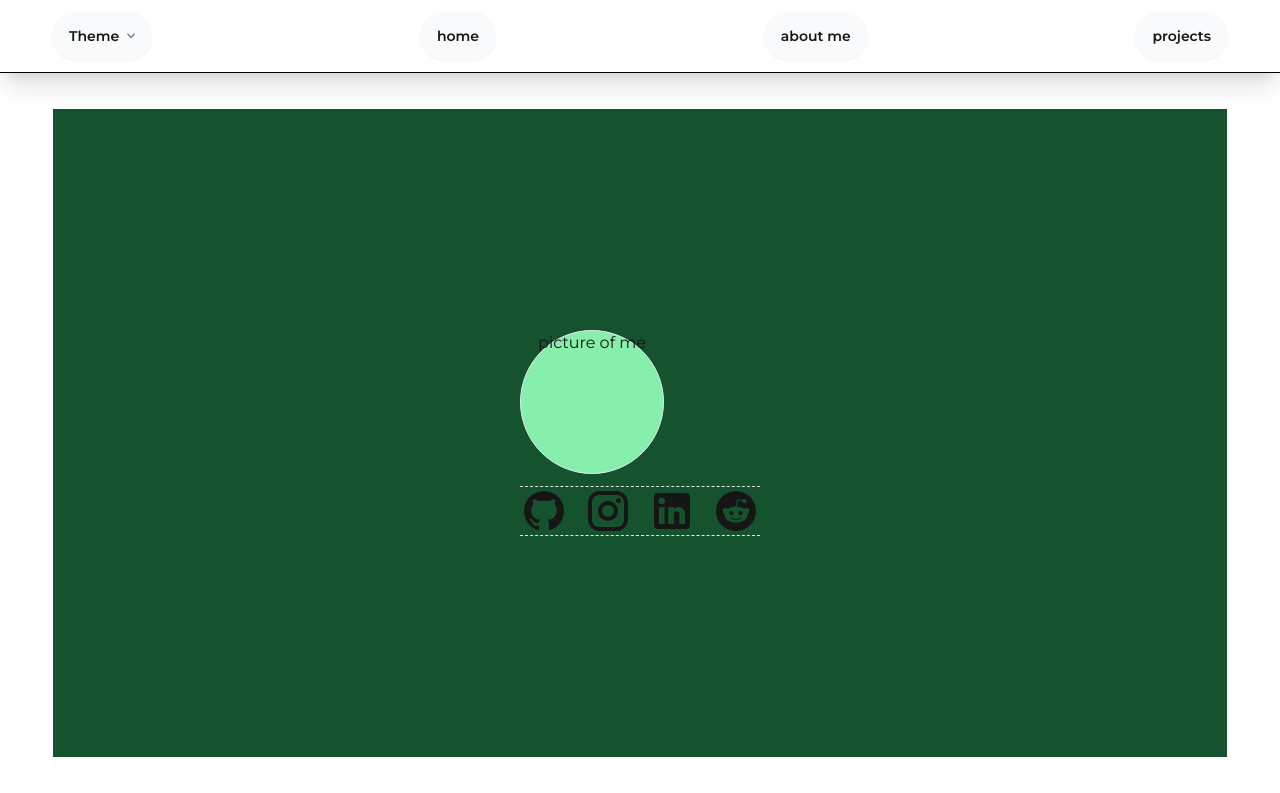
Repository: Yakyaz/myWebsite
Page: /home
The author's editor kept a copy of each file at every save. The page is drawn from the files as they stood at one save, then again after the next save.
The browser window is 1280 px wide. The pictures show the whole page.
The project was rebuilt for these pictures with package versions that can differ from the ones it lists, and the page was loaded fresh each time. The framework's server and built-in components were replaced by stand-ins that run in the browser. Also part of the build but not shown: next.config.js.

Above is the page before, as saved 2023-12-02 22:47:35.

### app/layout.tsx
import type { Metadata } from "next";
import { Montserrat } from "next/font/google";
import "./globals.css";
import Navbar from "./components/navbar";

const montserrat = Montserrat({ subsets: ["latin"] });

export const metadata: Metadata = {
  title: "Create Next App",
  description: "Generated by create next app",
};

export default function RootLayout({
  children,
}: {
  children: React.ReactNode;
}) {
  return (
    <html lang="en" data-theme="pastel" style={{ overflow: "hidden" }}>
      <body className={montserrat.className} style={{ overflow: "hidden" }}>
        <Navbar />
        <div>{children}</div>
      </body>
    </html>
  );
}

### app/home/page.tsx
import Link from "next/link";
import Navbar from "../components/navbar";
import Icon from "@mdi/react";
import { mdiGithub, mdiInstagram, mdiLinkedin, mdiReddit } from "@mdi/js";
function Home() {
  return (
    <main className="w-screen h-screen flex items-center justify-center ">
      <div
        className="bg-green-900 w-11/12 flex justify-center items-center "
        style={{ height: "90%" }}
      >
        <div className="flex flex-col">
          <div className="border rounded-full mb-3 bg-green-300 h-36 w-36 text-center">
            picture of me
          </div>
          <div className="flex flex-row space-x-4 border border-x-0 border-dashed ">
            <a href="https://github.com/It3chii">
              <Icon path={mdiGithub} size={2} />
            </a>
            <a href="https://www.instagram.com/yakupwrld_/">
              <Icon path={mdiInstagram} size={2} />
            </a>
            <a href="https://www.linkedin.com/in/yakup-yazir-aa9a61247/">
              <Icon path={mdiLinkedin} size={2} />
            </a>
            <a href="https://www.reddit.com/user/It3chii">
              <Icon path={mdiReddit} size={2} />
            </a>
          </div>
        </div>
      </div>
    </main>
  );
}

export default Home;

### app/components/navbar.tsx
import Link from "next/link";
import React from "react";
import Toggle from "./toggle";

const Navbar = () => {
  return (
    <ul className="flex flex-row justify-between items-center p-2 pr-12 pl-12 border-b border-black shadow-xl">
      <li>
        <Toggle />
      </li>
      <li>
        <Link className="btn m-1  " href="/home">
          home
        </Link>
      </li>
      <li>
        <Link className="btn m-1" href="/about">
          about me
        </Link>
      </li>
      <li>
        <Link className="btn m-1" href="/projects">
          projects
        </Link>
      </li>
    </ul>
  );
};

export default Navbar;

### app/components/toggle.tsx
import React from "react";

const Toggle = () => {
  return (
    <div className="dropdown ">
      <div tabIndex={0} role="button" className="btn m-1">
        Theme
        <svg
          width="12px"
          height="12px"
          className="h-2 w-2 fill-current opacity-60 inline-block"
          xmlns="http://www.w3.org/2000/svg"
          viewBox="0 0 2048 2048"
        >
          <path d="M1799 349l242 241-1017 1017L7 590l242-241 775 775 775-775z"></path>
        </svg>
      </div>
      <ul
        tabIndex={0}
        className="dropdown-content z-[1] p-2 shadow-2xl bg-base-300 rounded-box w-52"
      >
        <li>
          <input
            type="radio"
            name="theme-dropdown"
            className="theme-controller btn btn-sm btn-block btn-ghost justify-start"
            aria-label="Default"
            value="default"
          />
        </li>
        <li>
          <input
            type="radio"
            name="theme-dropdown"
            className="theme-controller btn btn-sm btn-block btn-ghost justify-start"
            aria-label="Retro"
            value="retro"
          />
        </li>
        <li>
          <input
            type="radio"
            name="theme-dropdown"
            className="theme-controller btn btn-sm btn-block btn-ghost justify-start"
            aria-label="Cyberpunk"
            value="cyberpunk"
          />
        </li>
        <li>
          <input
            type="radio"
            name="theme-dropdown"
            className="theme-controller btn btn-sm btn-block btn-ghost justify-start"
            aria-label="Dracula"
            value="dracula"
          />
        </li>
        <li>
          <input
            type="radio"
            name="theme-dropdown"
            className="theme-controller btn btn-sm btn-block btn-ghost justify-start"
            aria-label="Aqua"
            value="aqua"
          />
        </li>
      </ul>
    </div>
  );
};

export default Toggle;

### tailwind.config.ts
import type { Config } from "tailwindcss";

const config: Config = {
  content: [
    "./pages/**/*.{js,ts,jsx,tsx,mdx}",
    "./components/**/*.{js,ts,jsx,tsx,mdx}",
    "./app/**/*.{js,ts,jsx,tsx,mdx}",
  ],
  theme: {
    extend: {
      backgroundImage: {
        "gradient-radial": "radial-gradient(var(--tw-gradient-stops))",
        "gradient-conic":
          "conic-gradient(from 180deg at 50% 50%, var(--tw-gradient-stops))",
      },
    },
  },
  plugins: [require("daisyui")],
  daisyui: {
    themes: ["pastel", "retro", "cyberpunk", "dracula", "aqua"],
  },
};
export default config;

Loaded but not shown: app/globals.css (common file)

After the next save:
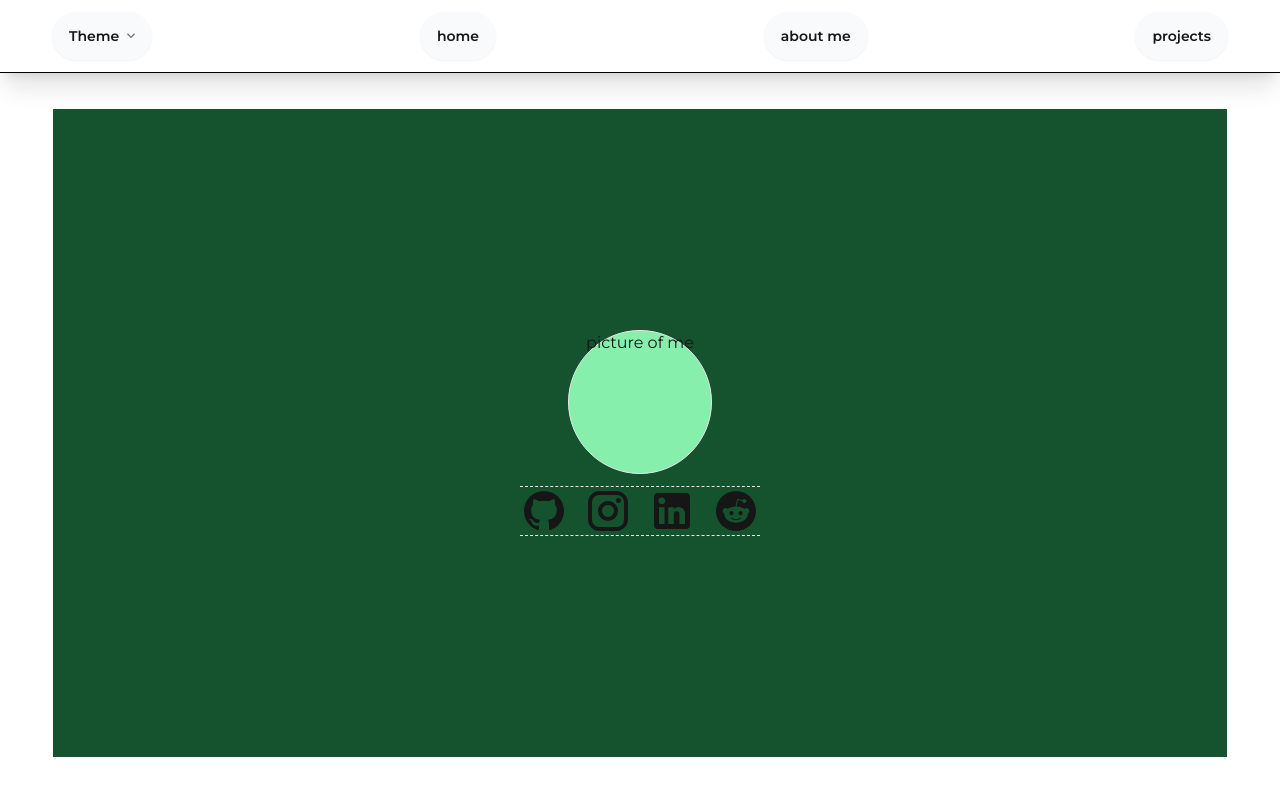
Saved 26 s later.
--- a/app/home/page.tsx
+++ b/app/home/page.tsx
@@ -9,7 +9,7 @@ function Home() {
         className="bg-green-900 w-11/12 flex justify-center items-center "
         style={{ height: "90%" }}
       >
-        <div className="flex flex-col">
+        <div className="flex flex-col justify-center items-center">
           <div className="border rounded-full mb-3 bg-green-300 h-36 w-36 text-center">
             picture of me
           </div>
